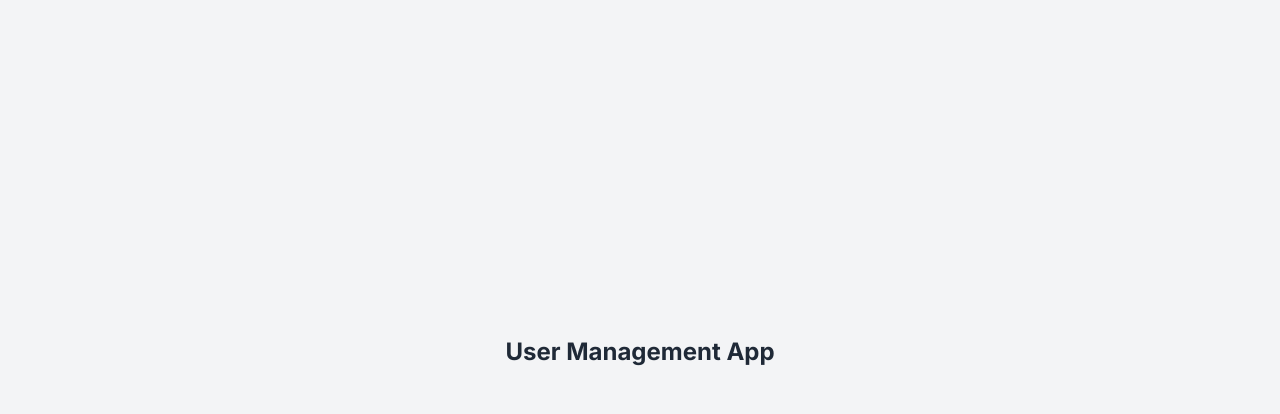
Repository: satoshi-create/next-express
Page: / (app in frontend/)
An editor plug-in stored every save of this project. The page is shown before and after the next save, followed by the edit.
The browser window is 1280 px wide. The pictures show the whole page.
The page's requests for data from a server got no answer. The project was rebuilt for these pictures with package versions that can differ from the ones it lists, and the page was loaded fresh each time. The framework's server and built-in components were replaced by stand-ins that run in the browser. No one was signed in, and anything a server would have sent is missing. Also part of the build but not shown: frontend/next.config.js, frontend/next.config.mjs, frontend/app/ui/CardComponent.tsx.

Above is the page before, as saved 2024-02-12 23:17:17.

### frontend/app/page.tsx
"use client";
import React, { useState, useEffect } from "react";
import CardComponent from "./ui/CardComponent";
import axios from "axios";

interface User {
  id: number;
  name: string;
  email: string;
}

const Page = () => {
  const apiUrl = process.env.NEXT_PUBLIC_API_URL || "http://localhost:4000";
  const [users, setUsers] = useState<User[]>([]);
  const [newUser, setNewUser] = useState({ name: "", email: "" });
  const [updateUser, setUpdateUser] = useState({ id: "", name: "", email: "" });

  console.log(users);

  //fetch users
  useEffect(() => {
    const fetchData = async () => {
      try {
        const response = await axios.get(`${apiUrl}/users`);
        setUsers(response.data.reverse());
      } catch (error) {
        console.error("Error fetching data:", error);
      }
    };

    fetchData();
  }, []);

  //create user
  const createUser = async (e: React.FormEvent<HTMLFormElement>) => {
    e.preventDefault();
    try {
      const response = await axios.post(`${apiUrl}/users`, newUser);
      setUsers([response.data, ...users]);
      setNewUser({ name: "", email: "" });
    } catch (error) {
      console.error("Error creating user:", error);
    }
  };

  //delete user
  const deleteUser = async (userId: number) => {
    try {
      await axios.delete(`${apiUrl}/users/${userId}`);
      setUsers(users.filter((user) => user.id !== userId));
    } catch (error) {
      console.error("Error deleting user:", error);
    }
  };

  return (
    <main className="flex flex-col items-center justify-center min-h-screen bg-gray-100">
      <div className="space-y-4 w-full max-w-2xl">
        <h1 className="text-2xl font-bold text-gray-800 text-center">
          User Management App
        </h1>
        {/* Create user */}
        {/* <form onSubmit={createUser} className="p-4 bg-blue-100 rounded shadow">
          <input
            placeholder="Name"
            value={newUser.name}
            onChange={(e) => setNewUser({ ...newUser, name: e.target.value })}
            className="mb-2 w-full p-2 border border-gray-300 rounded"
          />
          <input
            placeholder="Email"
            value={newUser.email}
            onChange={(e) => setNewUser({ ...newUser, email: e.target.value })}
            className="mb-2 w-full p-2 border border-gray-300 rounded"
          />
          <button
            type="submit"
            className="w-full p-2 text-white bg-blue-500 rounded hover:bg-blue-600"
          >
            Add User
          </button>
        </form> */}
        {/* Display users */}
        <div className="space-y-2">
          {users.map((user) => {
            const { id, name, email } = user;
            return (
              <div
                key={id}
                className="flex items-center justify-between bg-white p-4 rounded-lg shadow"
              >
                <CardComponent card={user} />
                <button
                  className="bg-red-500 hover:bg-red-600 text-white py-2 px-4 rounded"
                  onClick={() => deleteUser(id)}
                >
                  Delete User
                </button>
              </div>
            );
          })}
        </div>
      </div>
    </main>
  );
};

export default Page;

### frontend/app/globals.css
@tailwind base;
@tailwind components;
@tailwind utilities;

/*
:root {
  --foreground-rgb: 0, 0, 0;
  --background-start-rgb: 214, 219, 220;
  --background-end-rgb: 255, 255, 255;
} */

body {
  color: rgb(var(--foreground-rgb));
  background: linear-gradient(
      to bottom,
      transparent,
      rgb(var(--background-end-rgb))
    )
    rgb(var(--background-start-rgb));
}

Loaded but not shown: frontend/app/layout.tsx (common file); frontend/tailwind.config.ts (common file)

After the next save:
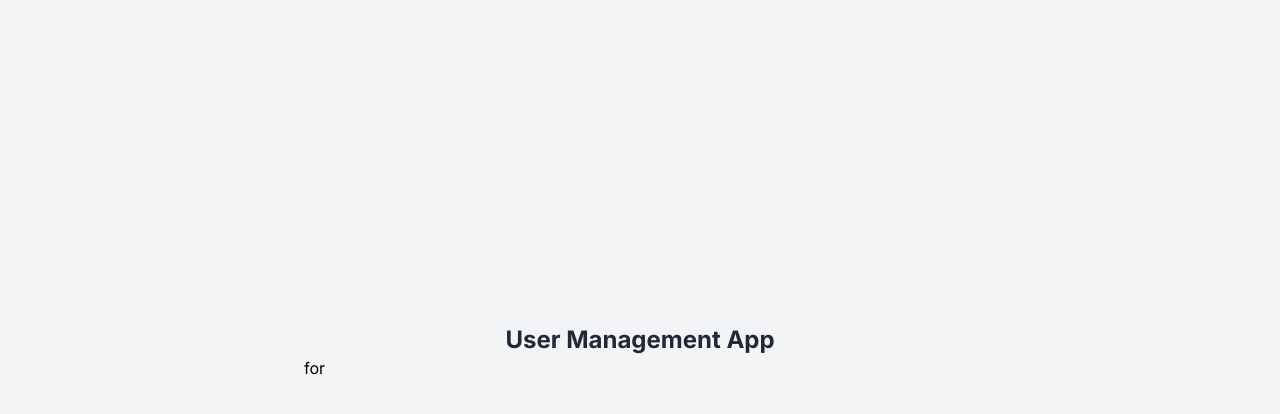
Saved 4 s later.
--- a/frontend/app/page.tsx
+++ b/frontend/app/page.tsx
@@ -80,6 +80,7 @@
             Add User
           </button>
         </form> */}
+        for
         {/* Display users */}
         <div className="space-y-2">
           {users.map((user) => {

After the 2 saves that followed:
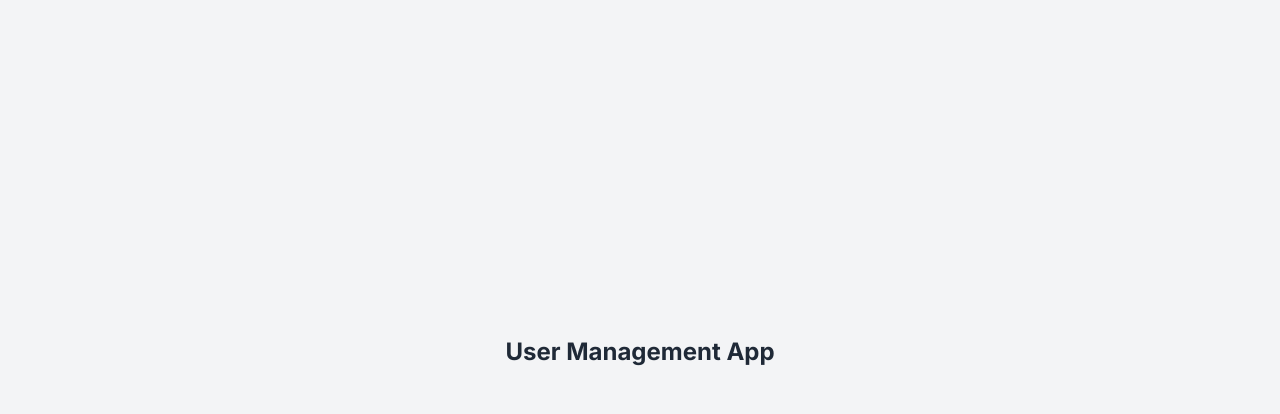
The 2 saves are shown as one change because they came seconds apart.
The last was saved 8 s later.
--- a/frontend/app/page.tsx
+++ b/frontend/app/page.tsx
@@ -80,7 +80,9 @@
             Add User
           </button>
         </form> */}
-        for
+        <form action="">
+
+        </form>
         {/* Display users */}
         <div className="space-y-2">
           {users.map((user) => {
